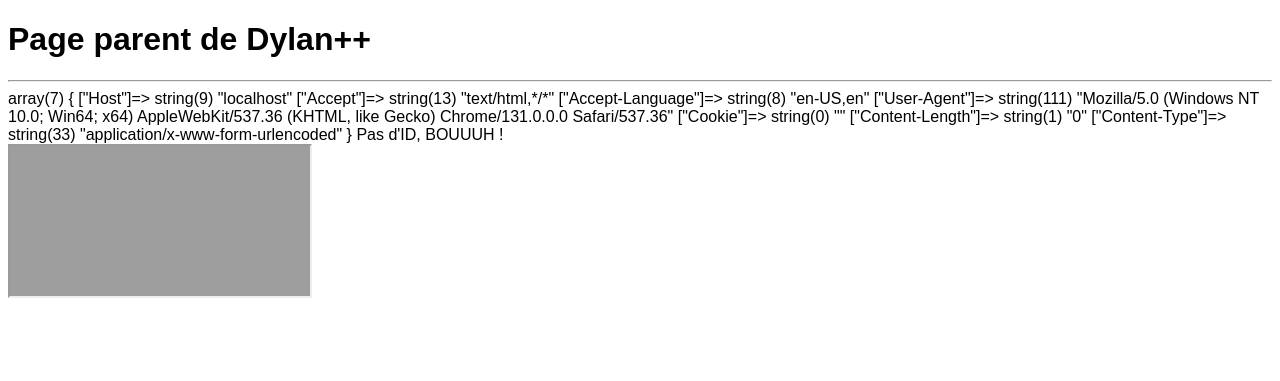
Repository: DylanCahu/cookie
Page: http://localhost/parent.php
An editor plug-in stored every save of this project. The page is shown before and after the next save, followed by the edit.
The browser window is 1280 px wide. The pictures show the whole page.
Pictures or frames that could not be fetched are drawn as grey boxes. The page is run by PHP 8.4 with error messages shown; the project is at /var/www/html/.

Above is the page before, as saved 2021-12-13 08:42:38.

### parent.php
<!DOCTYPE html>
<html>
    <head>
        <title>Index Cookies</title>
        <meta charset="utf-8">
        <style>
            body	{	font-family	:	Arial	;}
        </style>
    </head>

    <body>
        <h1>Page parent de Dylan++</h1>
        <hr>

<?php

$tabhead=getallheaders();
var_dump($tabhead);

session_start();

if (isset($_COOKIE['numClient'])) {
    echo "<h3>Votre ID est: " . $_COOKIE['numClient'] . "</br> ";
    $id = $_COOKIE['numClient'];}
else {echo "Pas d'ID, BOUUUH !</br>";
    $id = 0;}
?>
        <iframe src="http://172.16.126.17/Cookies/enfant.php?id=<?php echo $id; ?>">
    </body>
</html>

After the next save:
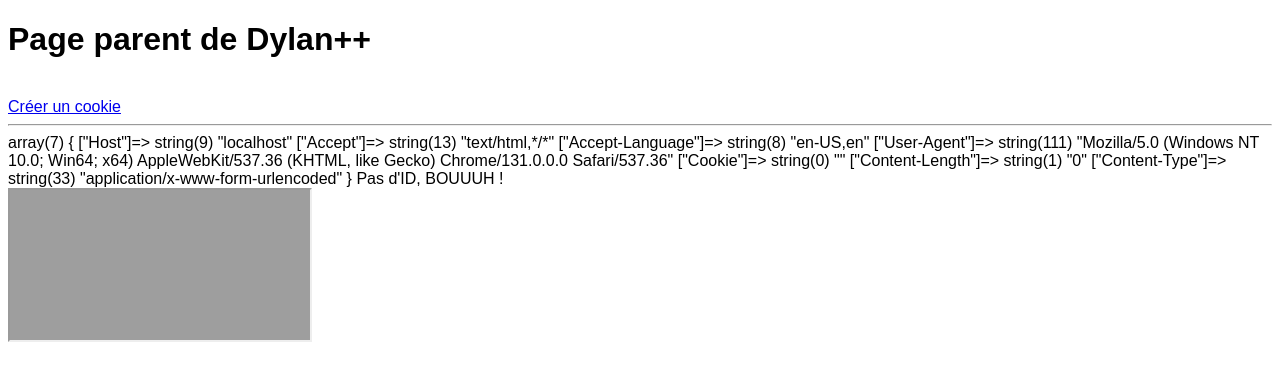
Saved 3 min 31 s later.
--- a/parent.php
+++ b/parent.php
@@ -10,19 +10,20 @@
 
     <body>
         <h1>Page parent de Dylan++</h1>
+</br>
+<a href="/Cookies/index.html">Créer un cookie</a>
         <hr>
 
 <?php
 
-$tabhead=getallheaders();
+$tabhead = getallheaders();
 var_dump($tabhead);
 
 session_start();
 
 if (isset($_COOKIE['numClient'])) {
     echo "<h3>Votre ID est: " . $_COOKIE['numClient'] . "</br> ";
-    $id = $_COOKIE['numClient'];}
-else {echo "Pas d'ID, BOUUUH !</br>";
+    $id = $_COOKIE['numClient'];} else {echo "Pas d'ID, BOUUUH !</br>";
     $id = 0;}
 ?>
         <iframe src="http://172.16.126.17/Cookies/enfant.php?id=<?php echo $id; ?>">
